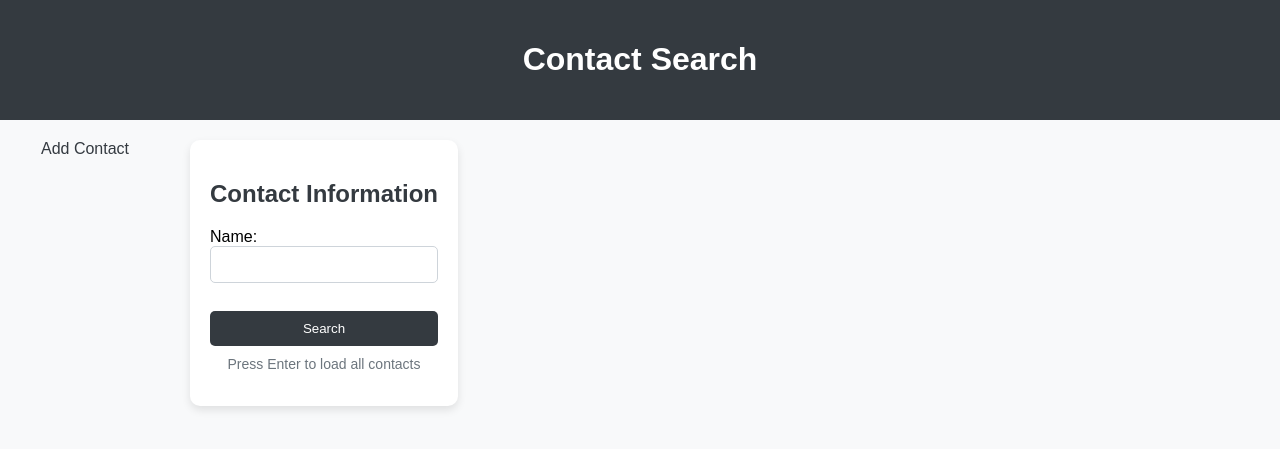
Repository: jonahnathan/techExercise
Page: webproject/src/main/webapp/simpleFormSearch.html
These files come from the project's save history. The page is drawn as it stood at one moment and after the next save; the edit follows.
The browser window is 1280 px wide. The pictures show the whole page.

Above is the page before, as saved 2024-03-28 22:42:20.

After the next save:
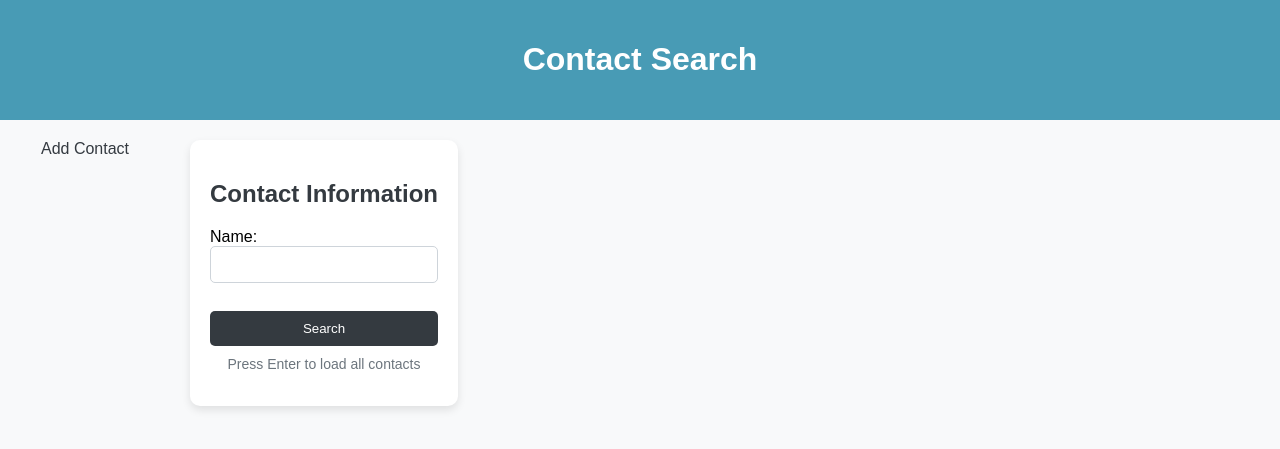
Saved 12 s later.
--- a/webproject/src/main/webapp/simpleFormSearch.html
+++ b/webproject/src/main/webapp/simpleFormSearch.html
@@ -13,7 +13,7 @@
         }
 
         header {
-            background-color: #343a40;
+            background-color: #489bb5;
             color: white;
             text-align: center;
             padding: 20px;
